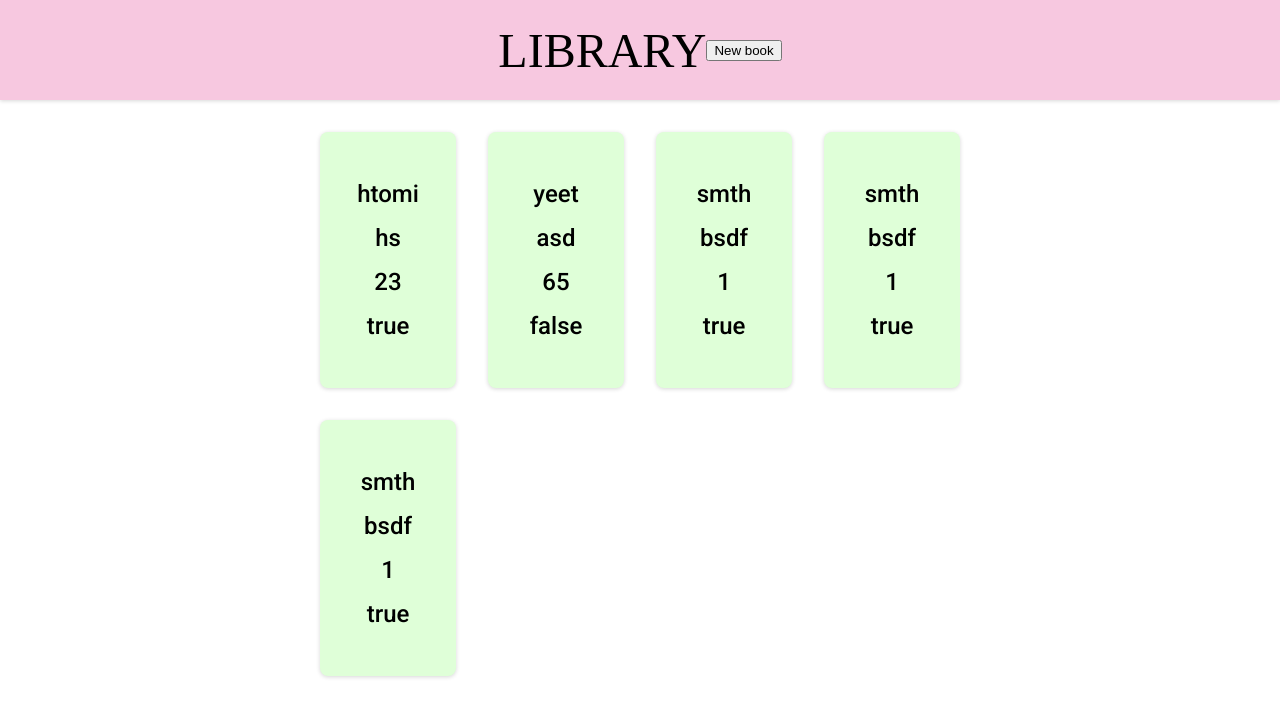
Repository: yeetzpxoci/library
Page: index.html
An editor plug-in stored every save of this project. The page is shown before and after the next save, followed by the edit.
The browser window is 1280 px wide. The pictures show the whole page.
Some web fonts or font styles are not loaded; a fallback is used.

Above is the page before, as saved 2023-02-21 15:47:40.

After the next save:
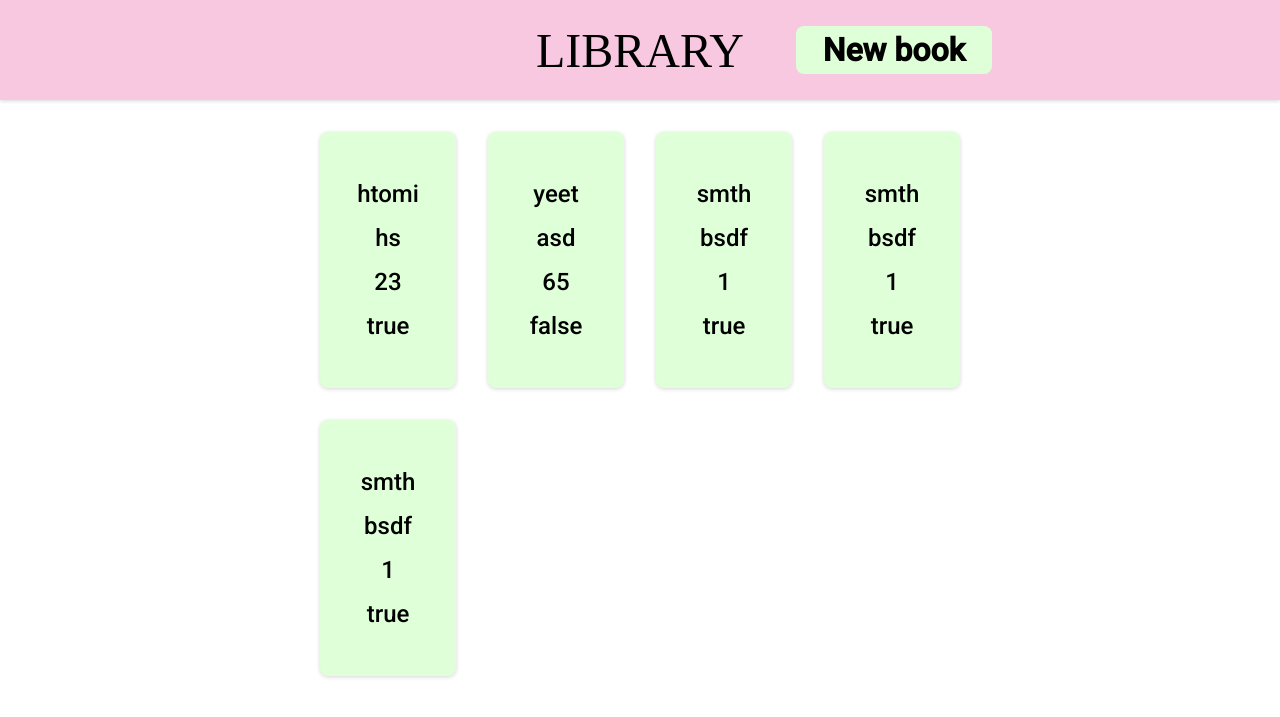
Saved 27 s later.
--- a/index.html
+++ b/index.html
@@ -15,10 +15,10 @@
     <div class="header">
         <p></p>
         <p>LIBRARY</p>
-        <button onclick="addBookToLibrary()" id="addBook">New book</button>
+        <button onclick="openForm()" id="newBook">New book</button>
     </div>
 
-    <form>
+    <form class="input-form">
         <fieldset>
             <label for="title">Title</label>
             <input type="text" name="title" id="title">
